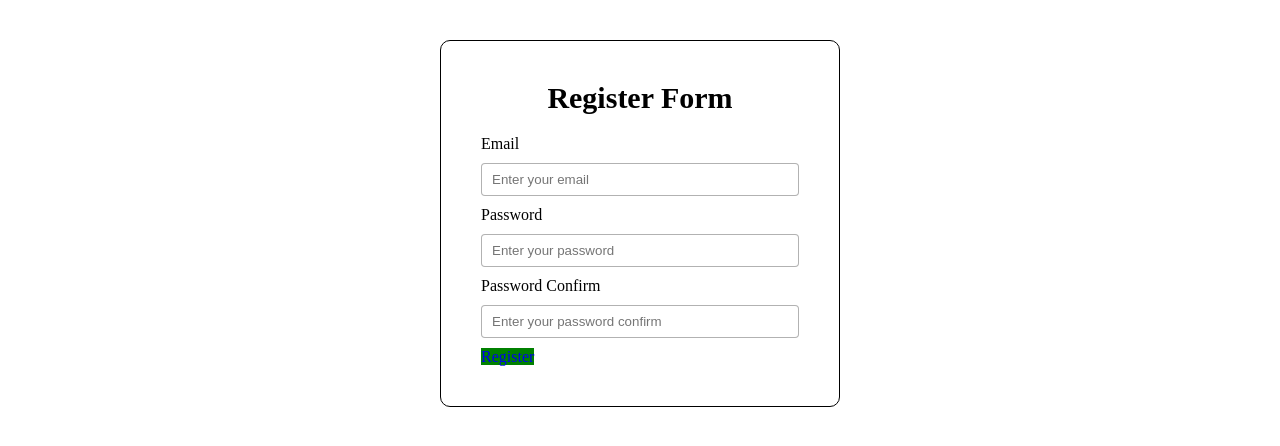
Repository: nptg3105/Register-form
Page: index.html
An editor plug-in stored every save of this project. The page is shown before and after the next save, followed by the edit.
The browser window is 1280 px wide. The pictures show the whole page.
Some web libraries are served in a nearby version.

Above is the page before, as saved 2022-01-05 21:58:05.

After the next save:
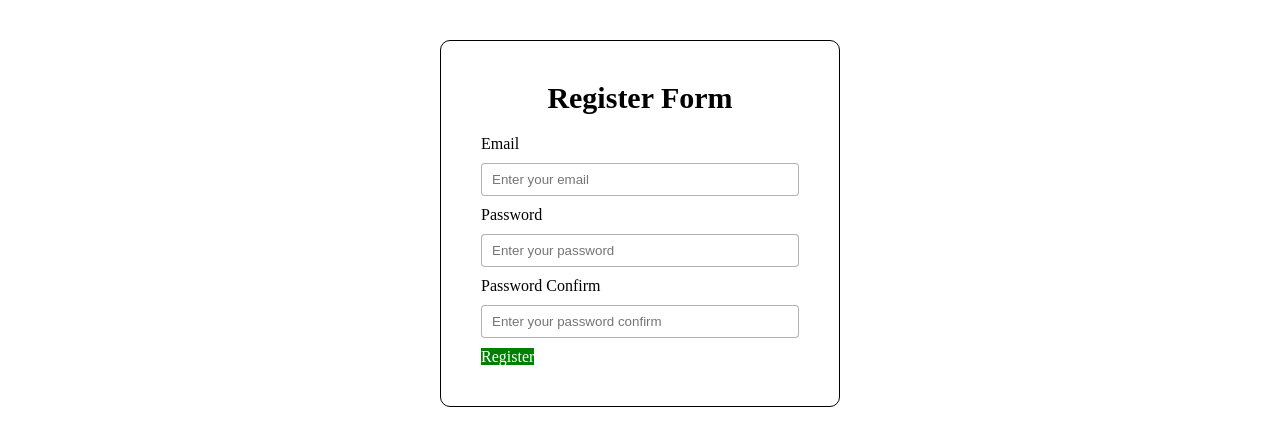
Saved 6 s later.
--- a/style.css
+++ b/style.css
@@ -30,4 +30,6 @@
   text-decoration: none;
   background-color: #008000;
   width: 100%;
+  text-align: center;
+  color: white;
 }
